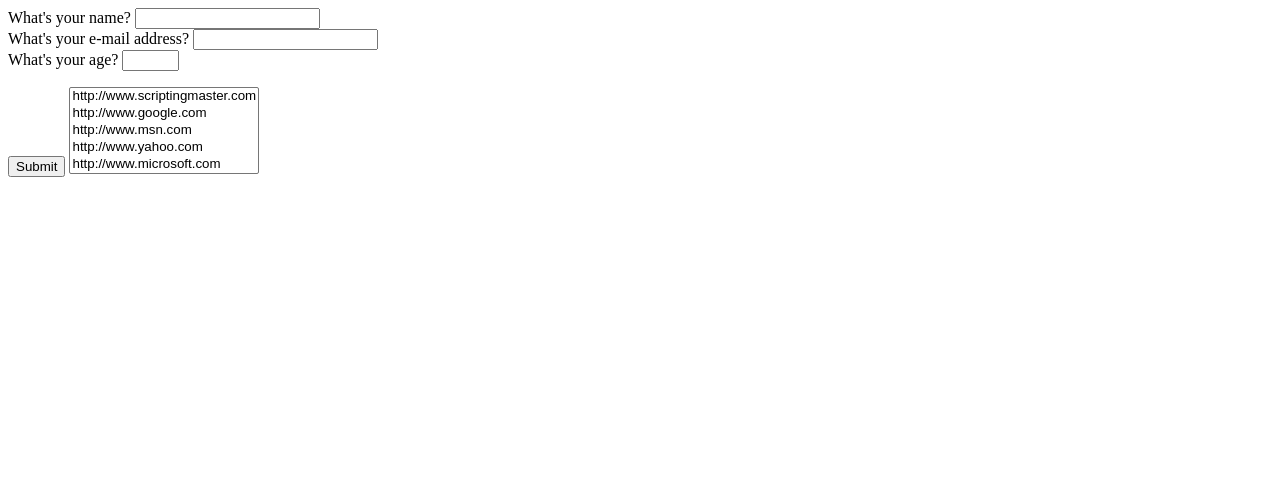
Repository: jpab/Communication-system-OSGi
Page: WABND/static/index.html
An editor plug-in stored every save of this project. The page is shown before and after the next save, followed by the edit.
The browser window is 1280 px wide. The pictures show the whole page.

Above is the page before, as saved 2013-04-15 23:16:30.

After the next save:
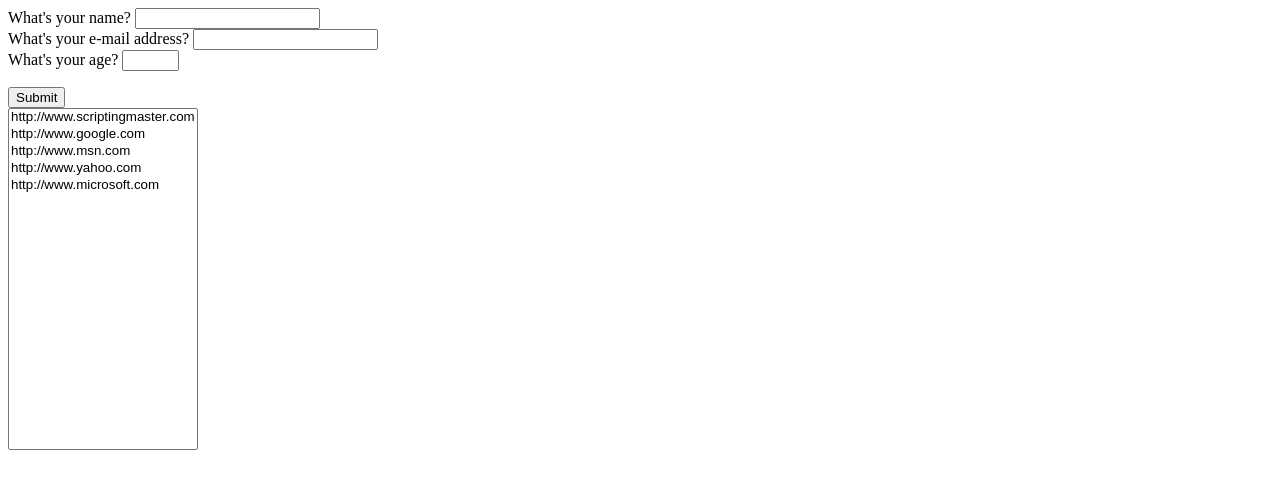
Saved 10 s later.
--- a/WABND/static/index.html
+++ b/WABND/static/index.html
@@ -6,7 +6,8 @@ What's your name? <INPUT TYPE=TEXT NAME=username SIZE=20><BR>
 What's your e-mail address? <INPUT TYPE=TEXT NAME=email SIZE=20><BR>
 What's your age? <INPUT TYPE=TEXT NAME=age SIZE=4>
 <P><INPUT TYPE=SUBMIT>
-<select name="FavWebSite" size="5">
+<br>
+<select name="FavWebSite" size="20">
 <option value="SM">http://www.scriptingmaster.com</option>
 <option value="Google">http://www.google.com</option>
 <option value="MSN">http://www.msn.com</option>
